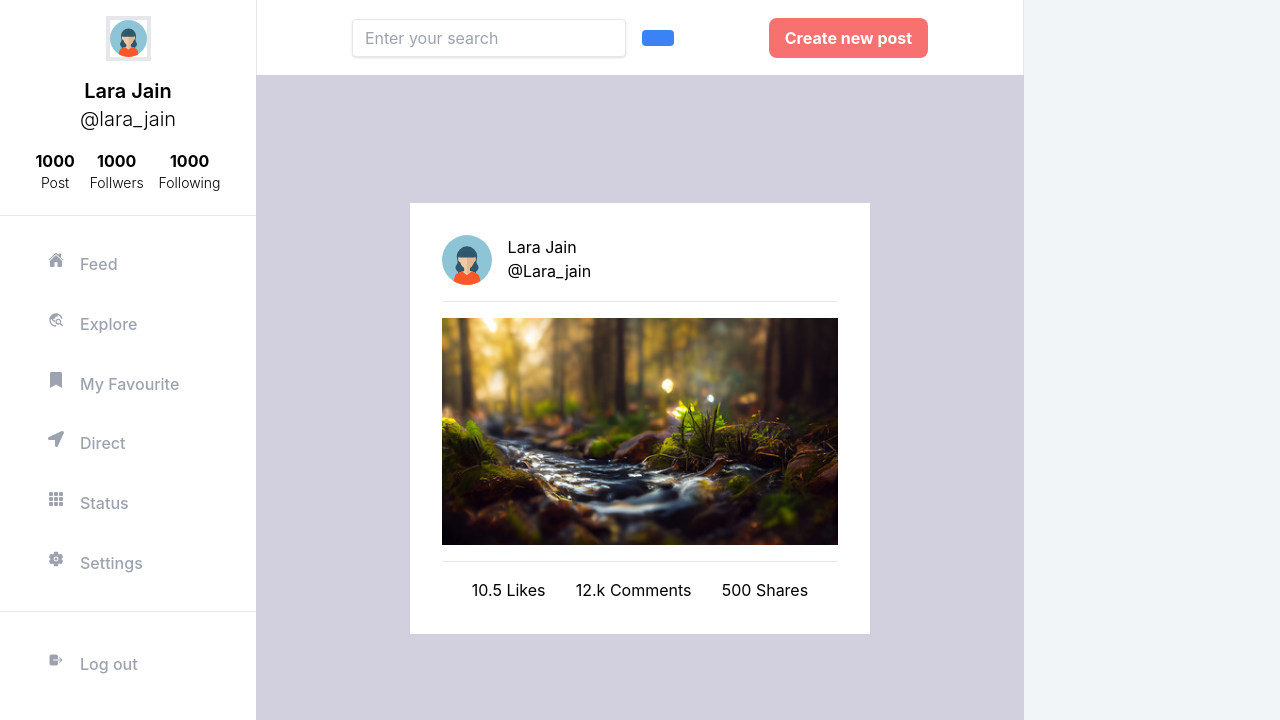
Repository: cosmicswati/upgrad-captions-project
Page: /
The author's editor kept a copy of each file at every save. The page is drawn from the files as they stood at one save, then again after the next save.
The browser window is 1280 px wide. The pictures show the whole page.
An inner scrolling area shows only its first screen. The project was rebuilt for these pictures with package versions that can differ from the ones it lists, and the page was loaded fresh each time. Also part of the build but not shown: src/modules/Home/data.js, src/modules/Authorization/Form.jsx, src/modules/Authorization/index.js.

Above is the page before, as saved 2024-04-12 11:00:36.

After the next save:
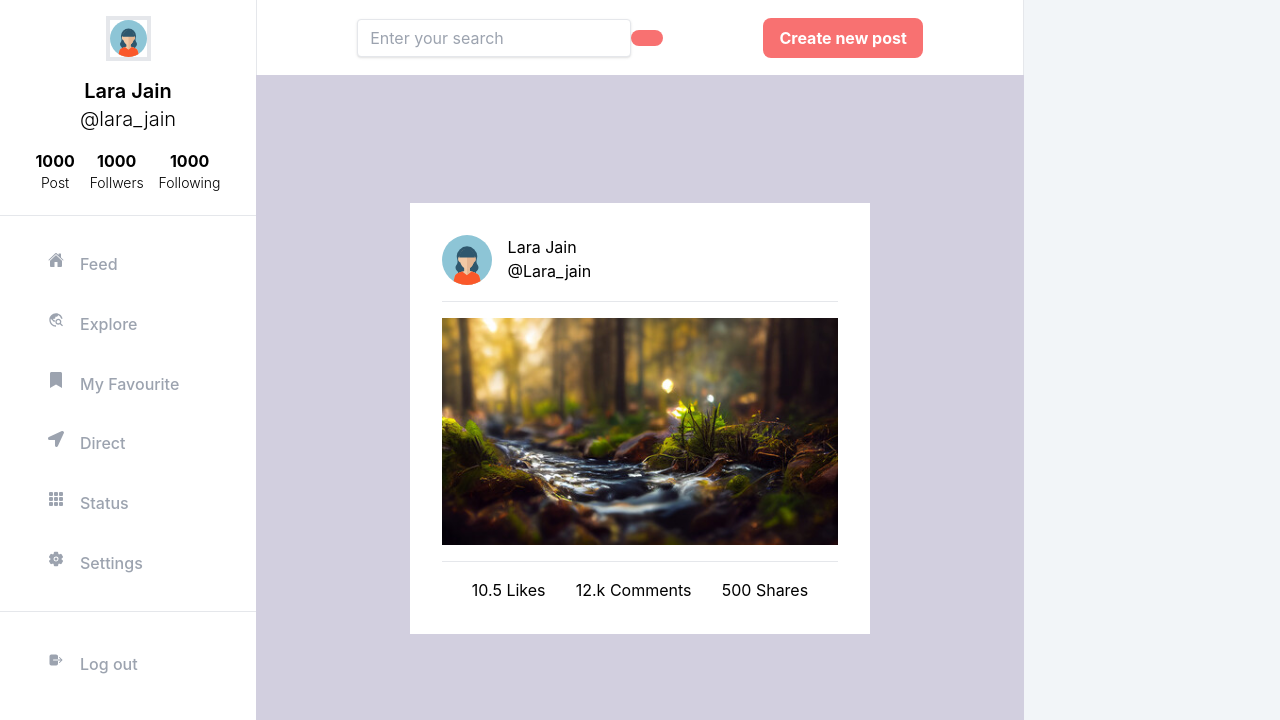
Saved 89 s later.
--- a/src/modules/Home/index.js
+++ b/src/modules/Home/index.js
@@ -52,7 +52,7 @@ const Home = () => {
             <div className='bg-white h-[75px] border-l border-r flex justify-evenly items-center pt-4'>
                  <div className='flex justify-center items-center'>
                     <Input placeholder='Enter your search' className='w-[400px] rounded-full'/>
-                    <Button icon={<FaSearch />}  className='mb-4 ml-4  hover:bg-[#de0d4c] '/>
+                    <Button icon={<FaSearch />}  className='rounded-lg bg-red-400 hover:bg-red-500 mb-4'/>
                  </div>
                  <Button icon={<IoHome />} label='Create new post'  className='rounded-lg bg-red-400 hover:bg-red-500 mb-4'/>
             </div>
